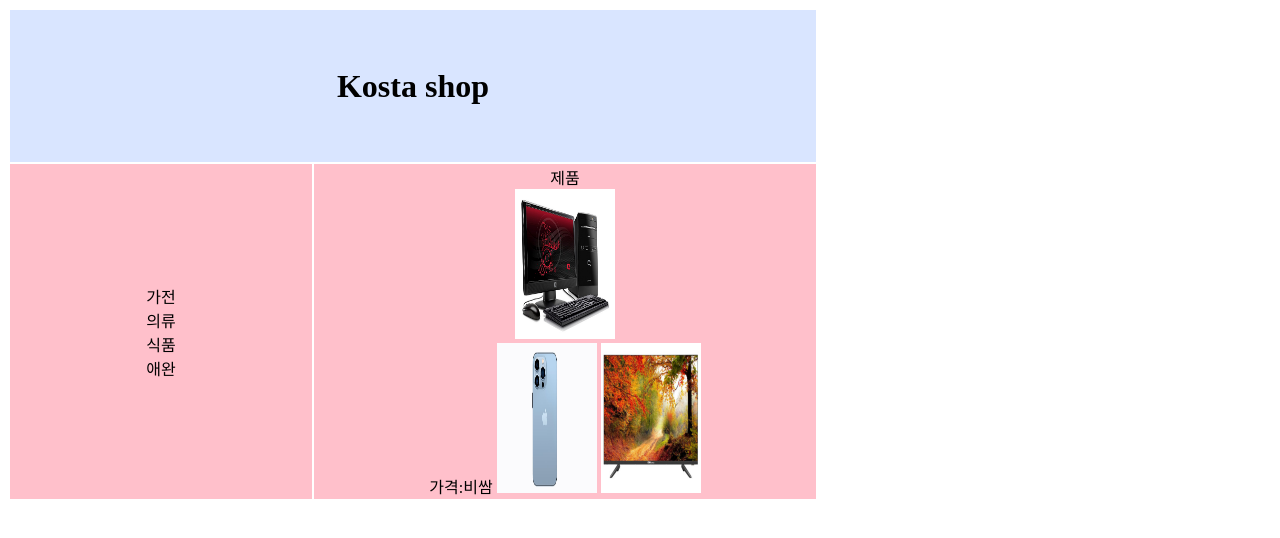
Repository: rmsudrmsud/SourceTree
Page: html/src/main/webapp/js2/myshop.html
An editor plug-in stored every save of this project. The page is shown before and after the next save, followed by the edit.
The browser window is 1280 px wide. The pictures show the whole page.

Above is the page before, as saved 2022-11-22 01:06:27.

### html/src/main/webapp/js2/myshop.html
<!DOCTYPE html>
<html>
<head>
<meta charset="UTF-8">
<title>Insert title here</title>
</head>
<body>
<table>
<tr>
	<th colspan="2" style="height:150px;" bgcolor="#d9e5ff"><h1>Kosta shop</h1></th>
</tr>
<tr>
	<td style="width:300px; height:300px; text-align:center;" bgcolor="pink">가전<br/>의류<br/>식품<br/>애완</td>
	<td style="width:500px; height:300px; text-align:center;" bgcolor="pink">제품<br/>
	<img src="../img/computer.jpg" style="width:100px;height:150px"><br/>가격:비쌈
	<img src="../img/phone.jpg" style="width:100px;height:150px">
	<img src="../img/tv.jpg" style="width:100px;height:150px"></td>
</tr>
</table>
</body>
</html>

After the next save:
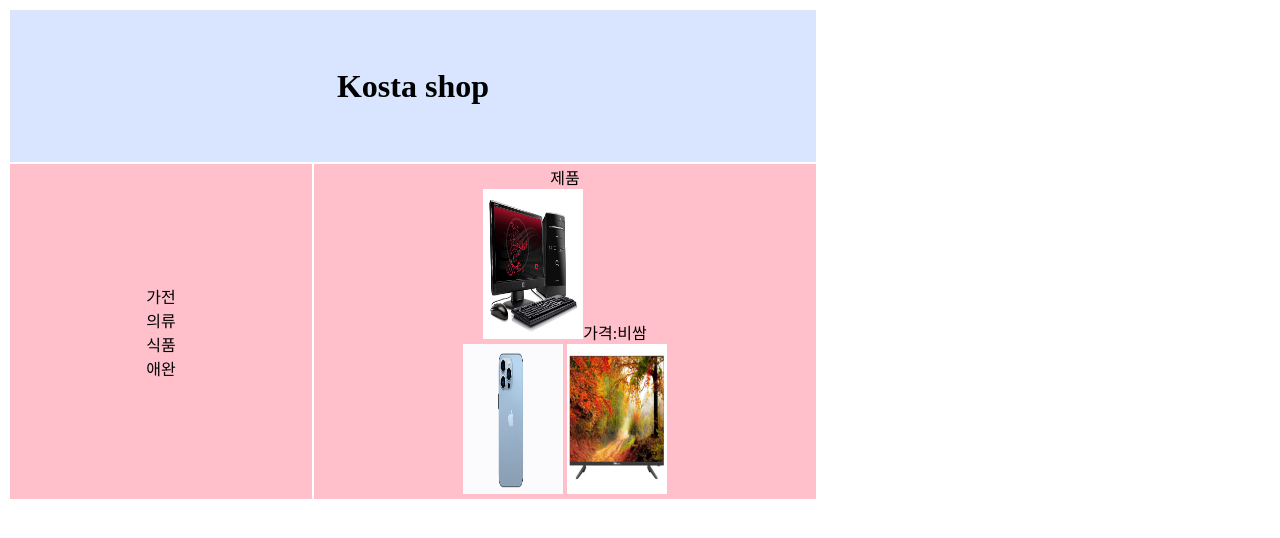
Saved 11 s later.
--- a/html/src/main/webapp/js2/myshop.html
+++ b/html/src/main/webapp/js2/myshop.html
@@ -12,7 +12,7 @@
 <tr>
 	<td style="width:300px; height:300px; text-align:center;" bgcolor="pink">가전<br/>의류<br/>식품<br/>애완</td>
 	<td style="width:500px; height:300px; text-align:center;" bgcolor="pink">제품<br/>
-	<img src="../img/computer.jpg" style="width:100px;height:150px"><br/>가격:비쌈
+	<img src="../img/computer.jpg" style="width:100px;height:150px">가격:비쌈<br/>
 	<img src="../img/phone.jpg" style="width:100px;height:150px">
 	<img src="../img/tv.jpg" style="width:100px;height:150px"></td>
 </tr>
